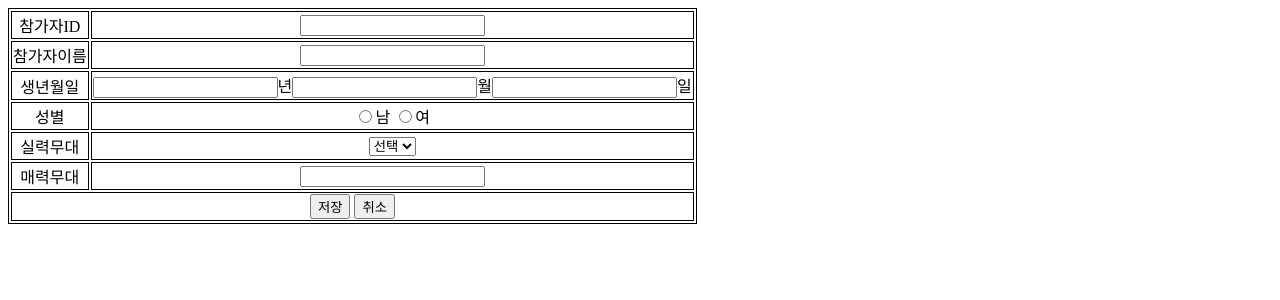
Repository: khs220507/WebClass
Page: prj0828/src/main/webapp/Audition/register.html
These files come from the project's save history. The page is drawn as it stood at one moment and after the next save; the edit follows.
The browser window is 1280 px wide. The pictures show the whole page.

Above is the page before, as saved 2023-08-28 08:05:58.

After the next save:
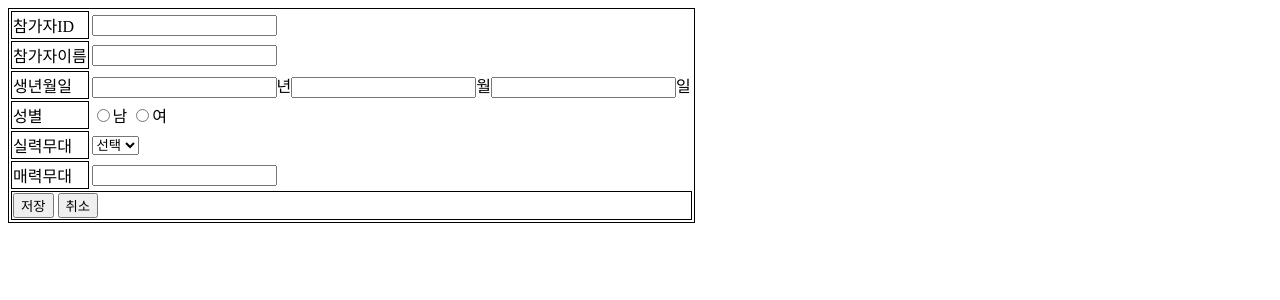
Saved 94 s later.
--- a/prj0828/src/main/webapp/Audition/register.css
+++ b/prj0828/src/main/webapp/Audition/register.css
@@ -4,7 +4,6 @@ table{
 	border: 1px solid black;
 }
 
-td{
+td:nth-child(1){
 	border: 1px solid black;
-	text-align: center;
 }
